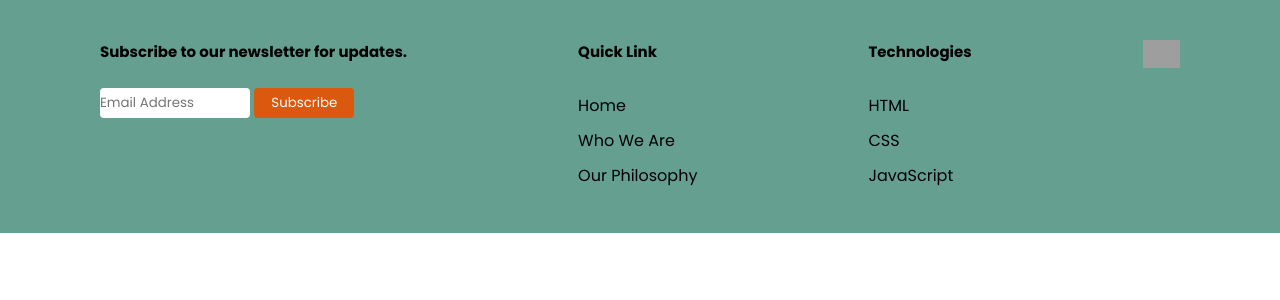
Repository: andajonas/Module_08_ANDJON25111_fto2502_A2_Anda-Jonas_SDF04
Page: index.html
The author's editor kept a copy of each file at every save. The page is drawn from the files as they stood at one save, then again after a run of saves.
The browser window is 1280 px wide. The pictures show the whole page.
Pictures or frames that could not be fetched are drawn as grey boxes.

Above is the page before, as saved 2025-03-20 19:17:34.

### index.html
<!DOCTYPE html>
<html lang="en">
<head>
    <meta charset="UTF-8">
    <meta name="viewport" content="width=device-width, initial-scale=1.0">
    <title>Footer</title>
    <link rel="stylesheet" href="styles.css">
</head>
<body>
    <div class="container">
        <div class="row">
            <div class="footer-col">
                <h3>Subscribe to our newsletter for updates.</h3>
                <input type="email" placeholder="Email Address">
                <button type="Submit">Subscribe</button>
            </div>
            <!--Second Column-->
            <div class="footer-col">
                <h3>Quick Link</h3>
                <ul>
                    <li><a href="">Home</a></li>
                    <li><a href="">Who We Are</a></li>
                    <li><a href="">Our Philosophy</a></li>
                </ul>
            </div>
        <!--Third Column-->
        <div class="footer-col">
        <h3>Technologies</h3>
        <ul>
            <li><a href="">HTML</a></li>
            <li><a href="">CSS</a></li>
            <li><a href="">JavaScript</a></li>
        </ul>
    </div>
    <footer>
        <div class="container px-6 py-12 mx-auto">
            <div class="footer-logo">
                <a href="#">
                    <img class="w-auto h-7" src="https://codespace-assets.global.ssl.fastly.net/wp/assets/website/codespace-primary-logo-light.svg" alt="CodeSpace Logo">
                </a>
            </div>
        </div>
    </footer>
</body>
</html>

### styles.css
@import url('https://fonts.googleapis.com/css2?family=Poppins:ital,wght@0,100;0,200;0,300;0,400;0,500;0,600;0,700;0,800;0,900;1,100;1,200;1,300;1,400;1,500;1,600;1,700;1,800;1,900&display=swap');
*{
    padding: 0;
    margin: 0;
    box-sizing: border-box;
    font-family: "Poppins", sans-serif;
}
.container{
background: #659f8f
}

footer .container{
}
.row {
    display: flex;
    justify-content: space-between;
    padding: 40px 100px;
}
.footer-col ul {
    list-style: none;
}
.footer-col h3 {
    margin-bottom: 25px;
    font-size: 15px;
    position: relative;
}
.footer-col ul li{
    padding: 5px 0;
}
.footer-col ul li a {
    color: black;
    text-decoration: none;
    font-size: 16px;
}
.footer-col input{
   border: none;
   width: 150px;
   height: 30px;
   border-radius: 4px;

}
.footer-col button {
    background-color: #e35407ee;
    height: 30px;
    width: 100px;
    border: none;
    border-radius: 4px;
    color: white;
}
.flex{
    display: flex;
    align-items: center;

}
img {
    width: auto;
    height: 28px;
    display: block;
}
.footer-logo {
    display: flex;
    justify-content: left;
}

After the next 5 saves:
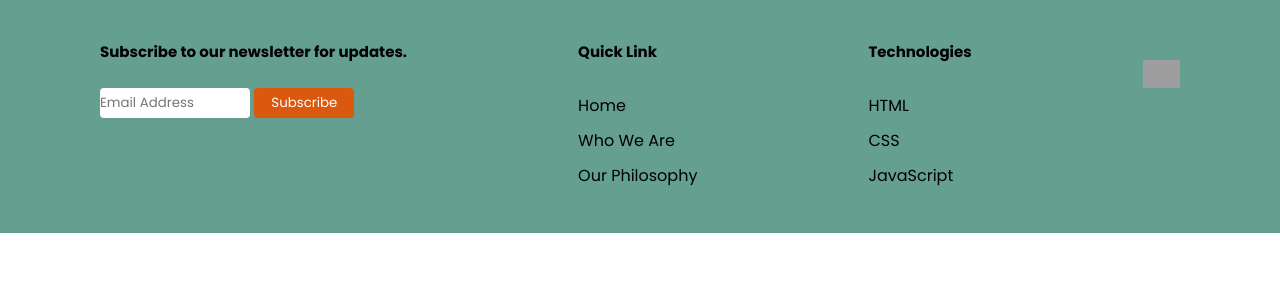
The 5 saves are shown as one change because they came seconds apart.
The last was saved 19 s later.
--- a/styles.css
+++ b/styles.css
@@ -60,4 +60,6 @@ img {
 .footer-logo {
     display: flex;
     justify-content: left;
+    padding: 20px 0;
 }
+.footo
